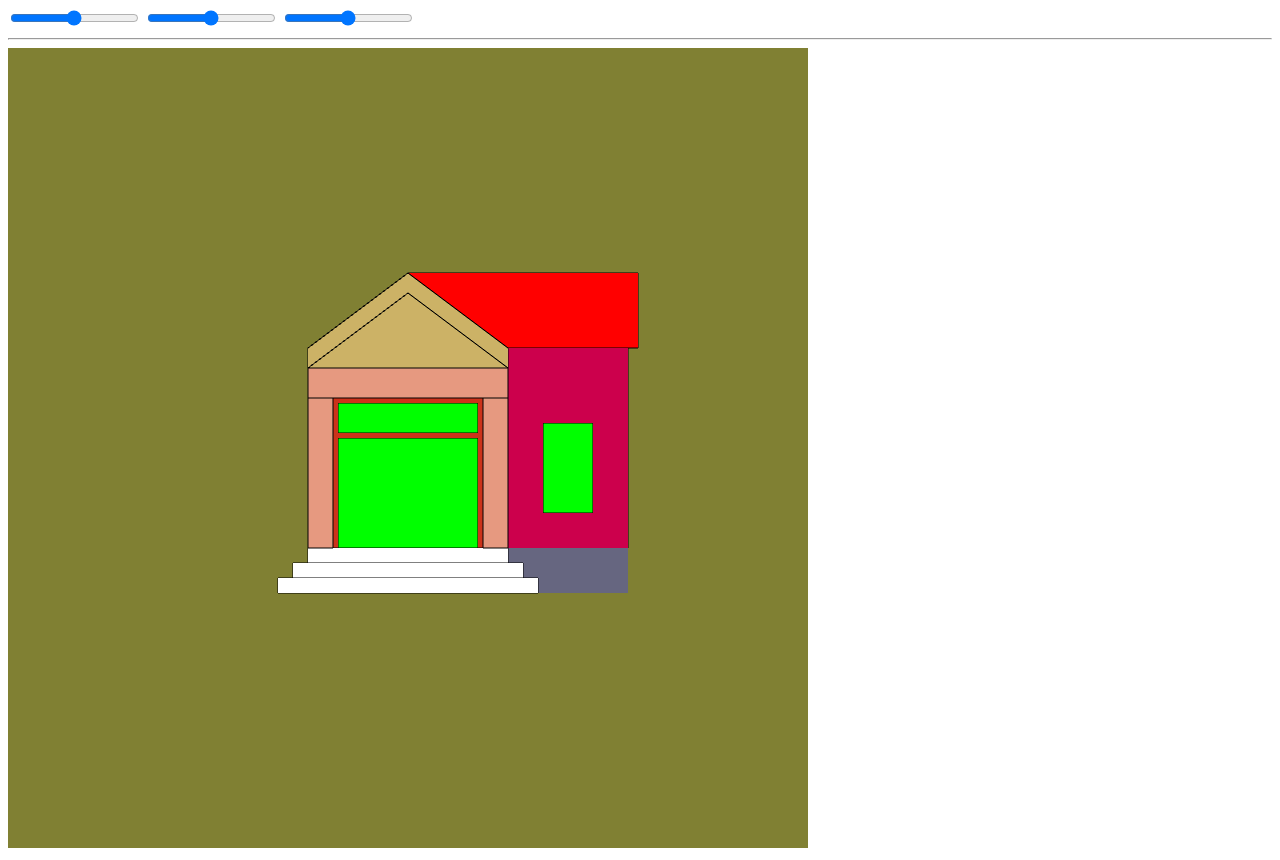
Repository: JoinGame-A36664/Build-House-WebGL
Page: index.html
These files come from the project's save history. The page is drawn as it stood at one moment and after the next save; the edit follows.
The browser window is 1280 px wide. The pictures show the whole page.

Above is the page before, as saved 2021-10-24 23:44:46.
Console error: ReferenceError: program is not defined

After the next save:
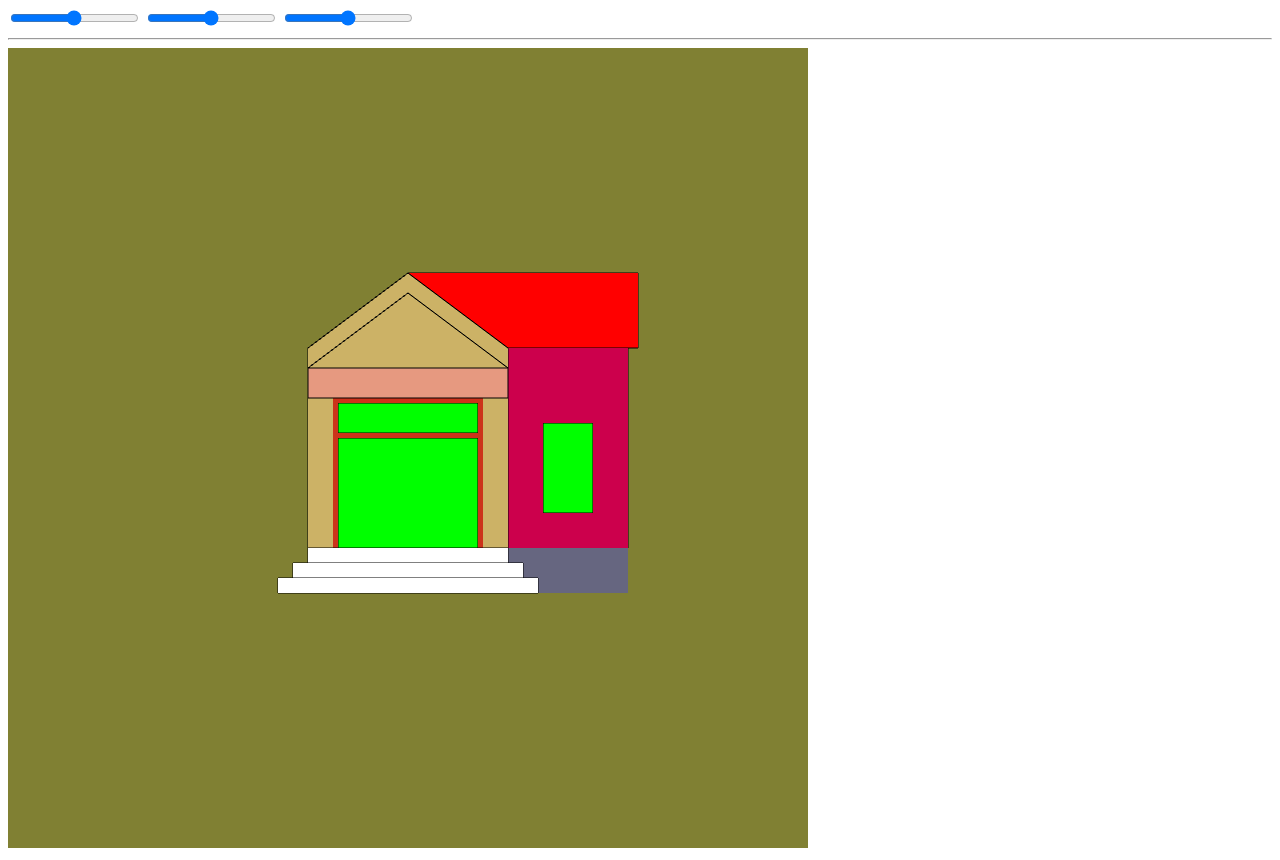
Saved 26 s later.
--- a/Bietthu1.js
+++ b/Bietthu1.js
@@ -187,8 +187,8 @@ function buildHouse(program, vertices, vertexColors) // Truyền vào những g
 
 
           buildrectangular(program, vertices[20], vertices[21], vertices[22], vertices[23], vertices[24], vertices[25], vertices[26], vertices[27], vertexColors[0], vertexColors[8]);
-          buildrectangular(program, vec3(150, -200, 200), vec3(200, -200, 200), vec3(200, 100, 200), vec3(150, 100, 200), vec3(150, 100, 150), vec3(150, -200, 150), vec3(200, -200, 150), vec3(200, 100, 150), vertexColors[0], vertexColors[8]);
-          buildrectangular(program, vec3(-200, -200, 200), vec3(-150, -200, 200), vec3(-150, 100, 200), vec3(-200, 100, 200), vec3(-200, 100, 150), vec3(-200, -200, 150), vec3(-150, -200, 150), vec3(-150, 100, 150), vertexColors[0], vertexColors[8]);
+          // buildrectangular(program, vec3(150, -200, 200), vec3(200, -200, 200), vec3(200, 100, 200), vec3(150, 100, 200), vec3(150, 100, 150), vec3(150, -200, 150), vec3(200, -200, 150), vec3(200, 100, 150), vertexColors[0], vertexColors[8]);
+          // buildrectangular(program, vec3(-200, -200, 200), vec3(-150, -200, 200), vec3(-150, 100, 200), vec3(-200, 100, 200), vec3(-200, 100, 150), vec3(-200, -200, 150), vec3(-150, -200, 150), vec3(-150, 100, 150), vertexColors[0], vertexColors[8]);
 
           if (temp == 0) {
                     wall(program, vertices[0], vertices[1], vertices[2], vertices[3], vertexColors[9]);
